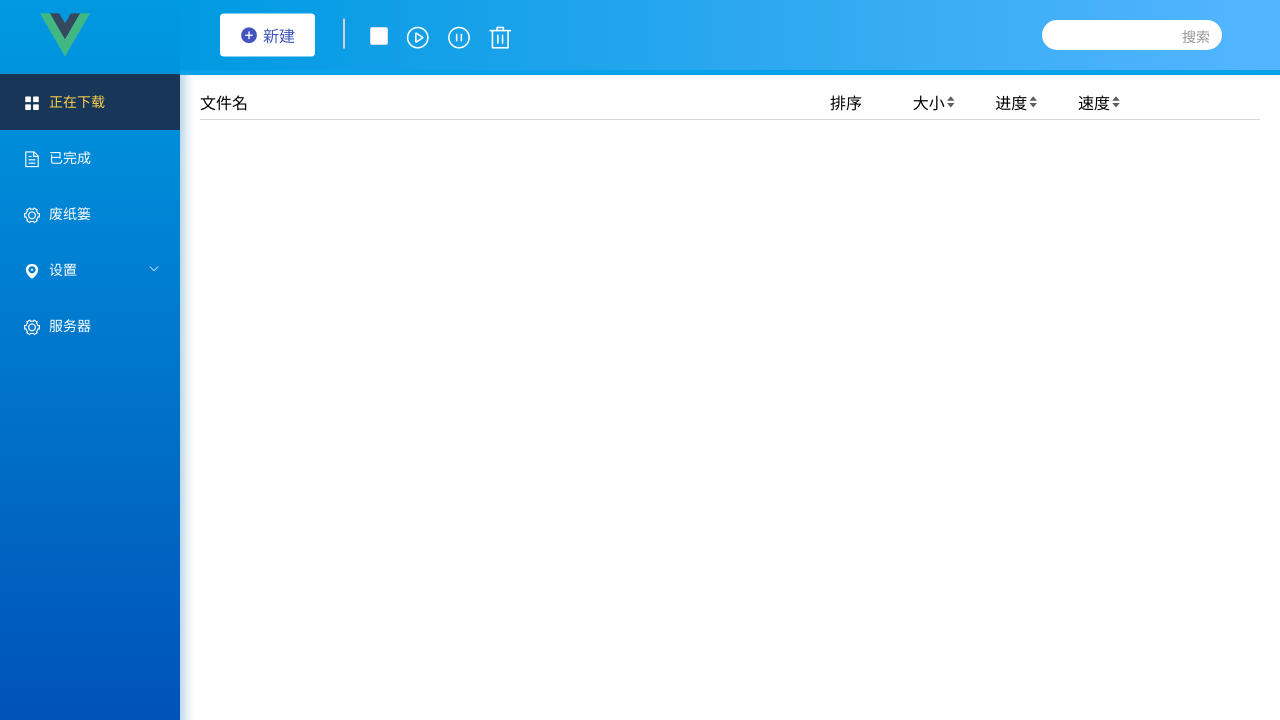
Repository: Ahui-qn/Aria2
Page: /
An editor plug-in stored every save of this project. The page is shown before and after the next save, followed by the edit.
The browser window is 1280 px wide. The pictures show the whole page.
The page's requests for data from a server got no answer. The project was rebuilt for these pictures with package versions that can differ from the ones it lists, and the page was loaded fresh each time. No one was signed in, and anything a server would have sent is missing. Also part of the build but not shown: src/components/Tables.vue.

Above is the page before, as saved 2021-11-03 11:28:34.

### src/main.js
import Vue from "vue";
import App from "./App.vue";
import router from "./router";
import store from "./store";
import Aria2Client from "./aria2-client.js"
import ElementUI from 'element-ui'
import 'element-ui/lib/theme-chalk/index.css'
import './assets/global.css'

Vue.use(ElementUI)


Vue.config.productionTip = false;

window.aria3 = new Aria2Client({
                    host: 'localhost',
                    port: 6800,
                    secret: '123456',
                })


new Vue({
  router,
  store,
  render: (h) => h(App),
}).$mount("#app");

### src/App.vue
<style lang="less" scopen>
* {
    margin: 0;
    padding: 0;
    box-sizing: border-box;
}
#app {
    display: flex;
    height: 100%;
     .el {
         height: 100%;
        .outmost-menu {
            border: none;
            width: 180px;
            height: 100%;
            box-shadow:5px 10px 10px 0px #0069994c;
            background-image:linear-gradient(#009ae1, #0052b9);
            padding-top: 10px;
            i {
                color: white;
            }
            .frist {
                margin-top: 14px;
            }
            img {
                display: block;
                width: 50px;
                margin-left: 40px;
            }
            .el-submenu {
                .el-menu {
                    background-color: #1c66ab;
                    .el-menu-item {
                        min-width: 0;
                    }
                    .el-menu-item:focus {   // 设置分组里focus颜色
                        background-color: #173658;
                    }
                    .el-menu-item-group__title {
                        display: none;
                    }
                }
            }
            .is-active {       //设置分组外层的focus颜色
                background-color: #173658;
            }
            .el-menu-item:hover {
                background-color: #173658;
            }

            .el-submenu__title:hover {
                background-color: #173658;
            }
        }
    }
    header {
        flex-grow: 1;
        nav {
            height: 70px;
            width: 100%;
            background-image:linear-gradient(to right, #009ae1, #54b5ff);
            position: relative;
            box-shadow:#09a2e9 0px 5px 0px 0px;
            .edit-status {
                height: 100%;
                padding-left:20px;
                .new {
                    margin-left: 20px;
                    background-color: #fff;
                    position: absolute;
                    color: #4355bd;
                    top: 50%;
                    transform: translateY(-50%);
                    border: none;
                    font-size: 16px;
                    a {
                        text-decoration:none;
                        color: #4355bd;
                    }
                    i {
                        font-size: 18px;
                    }
                }
                .new::after {
                    content: '';
                    height: 30px;
                    width: 2px;
                    background-color: rgb(210, 210, 210);
                    position: absolute;
                    top: 5px;
                    right: -30px;
                }
                .el-button-group::before {
                    content: none;
                }
                .el-button-group {
                    display: flex;
                    justify-content: space-between;
                    align-items: center;
                    padding: 0;
                    height: 50px;
                    width: 160px;
                    position: absolute;
                    left: 190px;
                    top:53%;
                    transform: translateY(-50%);
                    .el-checkbox__inner{
                        width: 18px;
                        height: 18px;
                    }
                    .el-checkbox__inner::after{
                        width: 7px;
                        height: 13px;
                        transform:rotate(42deg) scaleY(1) translate(-1px,-2px);
                    }

                    .el-button--primary {
                        border:none
                    }
                    .el-button{
                        background-color: rgba(255, 127, 80, 0);
                        border-radius: 0;
                        padding: 0;
                        i {
                            font-size: 25px;
                        }
                    }
                }
                label.search {
                    position: absolute;
                    top: 50%;
                    right: 50px;
                    transform: translateY(-50%);
                    span {
                        color: rgb(150, 150, 150);
                        position: absolute;
                        top: 6px;
                        right: 20px;
                        font-weight: 200;
                        font-size: 14px;
                    }
                    input {
                        width: 180px;
                        height: 30px;
                        border-radius: 999px;
                        border: none;
                        margin-right: 8px;
                        padding: 0 10px;
                    }
                }
            }
        }
    }
}
</style>

<template>
    <div id="app">
        <div class="el">
            <el-menu class="outmost-menu" text-color="#fff" active-text-color="#ffd04b" :router="true" :default-active="currentPath()">
                <img class="" src="./assets/logo.png" alt="" />
                <el-menu-item class="frist" index="/">
                    <i class="el-icon-menu"></i>
                    <span slot="title">正在下载</span>
                </el-menu-item>
                <el-menu-item index="/completed">
                    <i class="el-icon-document"></i>
                    <span slot="title">已完成</span>
                </el-menu-item>
                <el-menu-item index="/deleted">
                    <i class="el-icon-setting"></i>
                    <span slot="title">废纸篓</span>
                </el-menu-item>
                <el-submenu index="/settings">
                    <template slot="title">
                        <i class="el-icon-location"></i>
                        <span>设置</span>
                    </template>
                    <el-menu-item-group>
                        <el-menu-item index="/settings/basic">基础设置</el-menu-item>
                        <el-menu-item index="/settings/http">HTTP设置</el-menu-item>
                        <el-menu-item index="/settings/rpc">RPC设置</el-menu-item>
                        <el-menu-item index="/settings/advanced">高级设置</el-menu-item>
                    </el-menu-item-group>
                </el-submenu>
                <el-menu-item index="/server">
                    <i class="el-icon-setting"></i>
                    <span slot="title">服务器</span>
                </el-menu-item>
            </el-menu>
        </div>
        <header>
            <nav>
                <div class="edit-status">
                    <router-link to="/new">
                        <el-button type="primary" class="new" icon="el-icon-circle-plus">新建</el-button>
                    </router-link>
                    <el-button-group>
                        <el-checkbox @change="selectAll"></el-checkbox>   <!--全选按钮 ,拿取到当前组件的内容传递过去-->
                        <el-button type="primary" icon="el-icon-video-play" @click.native="editStatus('unpause')"></el-button>  <!--开始按钮-->
                        <el-button type="primary" icon="el-icon-video-pause" @click.native="editStatus('pause')"></el-button>  <!--暂停按钮-->
                        <el-button type="primary" icon="el-icon-delete" @click.native="editStatus('remove')"></el-button>   <!--删除按钮-->
                    </el-button-group>
                    <label class="search"><input type="text" /><span>搜索</span></label>
                </div>
            </nav>
            <router-view ></router-view>
        </header>
    </div>
</template>

<script>
import { mapMutations, mapActions } from 'vuex'

export default {
    name: 'App',
    data() {
        return {}
    },
    methods: {
         ...mapActions([
            'editStatus',
            ]),
        ...mapMutations([
            'selectAll',
            ]),
        currentPath() {
            return /\/\w*\/?/.exec(location.hash)[0]
        },
    },
}
</script>

### src/router/index.js
import Vue from 'vue'
import VueRouter from 'vue-router'
import Downloading from '../views/Downloading'

Vue.use(VueRouter)

const routes = [
    {
        path: '/',
        name: 'Downloading',
        component: Downloading,
    },
    {
        path: '/completed',
        name: 'Completed',
        component: () => import(/* webpackChunkName: "Completed" */ '../views/Completed.vue'),
    },
    {
        path: '/deleted',
        name: 'Deleted',
        component: () => import(/* webpackChunkName: "Deleted" */ '../views/Deleted.vue'),
    },
    {
        path: '/new',
        name: 'new',
        component: () => import(/* webpackChunkName: "newTask" */ '../views/NewTask.vue'),
    },
    {
        path: '/task/:gid',
        name: 'TaskDetails',
        component: () => import(/* webpackChunkName: "TaskDetails" */ '../views/TaskDetails.vue'),
    },
    {
        path: '/settings/:type',
        component: () => import(/* webpackChunkName: "setting" */ '../views/Setting.vue'),
    },

]

const router = new VueRouter({
    routes,
})

export default router

### src/store/index.js
import Vue from 'vue'
import Vuex from 'vuex'
import Aria2Client from '../aria2-client'
import { MessageBox } from 'element-ui';

Vue.use(Vuex)

export default new Vuex.Store({
    // strict: true,
    state: {
        tasks: [],    //正在下载任务列表，为多个对象
        search: '',   // 搜索功能输入的内容
        completeds: [],   // 已完成的task数据
        selected: [],
        aria2: new Aria2Client({
            host: 'localhost',
            port: 6800,
            secret: '123456',
        }),
    },
    getters: {
        showSearch(state) {   // 输入的内容匹配文件名字，搜索
            if (state.search == '') {
                return state.tasks
            }else {
                return state.tasks.filter(task => {
                    return task.files[0].path.toLowerCase().includes(state.search.toLowerCase())
                })
            }
        },
        getFileSize(state) {
            return function (task) {
                if (task.totalLength  > 1048576) {
                    return (task.totalLength / 1024 / 1024).toFixed(2) + ' MB'
                }else {
                    return (task.totalLength / 1024).toFixed(2) + ' KB'
                }
            }

        },
        getDownloadSpeed(state) {   // 当前下载速度
            return function (task) {
                if (task.status == 'paused') {
                    return '暂停中'
                }else if (task.status == 'waiting') {
                    return '等待中'
                }else  if (task.downloadSpeed == '0') {
                    return 0 + 'KB/s'
                }else if (task.downloadSpeed >= 1048576) {
                    return (task.downloadSpeed / 1024 / 1024).toFixed(2) + 'MB/s'
                }else {
                    return (task.downloadSpeed / 1024 ).toFixed(2) + 'KB/s'
                }

            }
        },
        getLinkName(state) {
            return function (task) {
                if (task.files?.[0].path) {  // 如果存在此文件
                    return task.files[0].path.split('/').at(-1) // path存在是一定有文件名的
                }else {
                    return task.files?.[0].uris?.[0].uri.split('/').at(-1) ?? '未知'
                }
            }
        },
        getProgress(state) {   // 当前下载进度，%显示
            return function (task) {
                if (task.completedLength == '0') {  // ???/等于000
                    return 0
                }else {
                    return Number((task.completedLength / task.totalLength * 100).toFixed(1))
                }
            }
        },
    },

    mutations: {
        selectedSwitch(state,task) {  // 切换选中selectedSwitch
                let idx = state.selected.indexOf(task.gid)
                if (idx == -1) {
                    state.selected.push(task.gid)  // 只传id
                }else {
                    state.selected.splice(idx, 1)
                }
        },
        selectAll (state) {    // 全部选择函数
            if (location.href.split('/').at(-1) == 'completed') { // 如果是在已完成页面
                if (state.selected.length == state.completeds.length) {
                    state.selected = []
                }else {
                    state.completeds.forEach((task) => {
                        state.selected.push(task.gid)
                    })
                }
            }else {  // 如果是在正在下载页面
                if (state.selected.length == state.tasks.length) {
                    state.selected = []  // 如果两个全都选中则清空数组
                }else {
                    state.tasks.forEach((task) => {
                        state.selected.push(task.gid)
                    })
                }
            }

        },
        handleSearchChange(state,e) {   // 搜索双向绑定
            state.search = e.target.value
        },
        updateList(state, tasks) {   // actions触发的task更新赋值函数
            state.tasks = tasks
        },
        editCompleteds(state, completeds) {
            state.completeds = completeds    // 将获取到的completeds赋值到新的completeds上
        }
    },

    actions: {
        async getCompletedName({commit,state}) {
            let completeds = [
                ...await state.aria2.tellStopped(0,1000)
            ]
            commit('editCompleteds', completeds)
        },
        async submit({state}, url) {
            await state.aria2.addUri([url])
       },
        async asyncUpdateList({ commit, state}) {     // Downloading组件页面每秒钟调用此函数更新数据
            let tasks = [
                ...await state.aria2.tellActive(),
                ...await state.aria2.tellWaiting(0,100)
            ]
            commit('updateList', tasks)
        },

        async editStatus({ state }, status) {   // 操作task删除、暂停、开始的操作
            if (status == 'remove') {
                try {
                   await MessageBox.confirm('确定删除？')   // element组件库的函数，返回一个promise
                }catch(e) {
                    return
                }
            }
            let selectedTask =  state.tasks.filter((task) => {
                return state.selected.includes(task.gid)
            })

            try {
                for (let task of selectedTask) {
                    if (task.status == 'active' && status == 'unpause') continue
                    if (task.status == 'pause' && status == 'pause') continue  // 如果不是这两个就是remove
                    await state.aria2[status](task.gid)   // 关与暂停、开始、删除操作都是传入gid
                    // 已删除的任务状态为removed，可以做已完成和已删除分类
            }
            } catch(e) {
                console.log('用element消息通知提示用户已暂停')
            }
            this.dispatch('asyncUpdateList')    // 调用上面的update更新状态
        },
    },

    modules: {},
})

### src/aria2-client.js
class Aria2Client {
    constructor(options) {
        this.options = options
        this.ws = new WebSocket(`ws://${options.host}:${options.port}/jsonrpc`)

        this.lastId = 1
        this.callbacks = {}  // 存储每个每次函数调用的回调函数

        this.connectPromise = new Promise((resolve, reject) => {  // 要么websocket处于连接成功状态，要么处于连接失败状态，正在连接中的话执行下面的forEach会报错
            this.ws.addEventListener('open', () => {
              resolve()
            })
            this.ws.addEventListener('error', (e) => {
              reject('WS_CONNECTION_ERROR')
            })
          })

        this.ws.addEventListener('message', (e) => {
            let data = JSON.parse(e.data)
            let callback = this.callbacks[data.id]  // 无论data是error还是result都带着此次会话id
            delete this.callbacks[data.id]
            if (typeof callback == 'function') {
                callback(data)
            }
        })
    }
}


   ;[
    "addUri",
    "addTorrent",
    "getPeers",
    "addMetalink",
    "remove",
    "pause",
    "forcePause",
    "pauseAll",
    "forcePauseAll",
    "unpause",
    "unpauseAll",
    "forceRemove",
    "changePosition",
    "tellStatus",
    "getUris",
    "getFiles",
    "getServers",
    "tellActive",
    "tellWaiting",
    "tellStopped",
    "getOption",
    "changeUri",
    "changeOption",
    "getGlobalOption",
    "changeGlobalOption",
    "purgeDownloadResult",
    "removeDownloadResult",
    "getVersion",
    "getSessionInfo",
    "shutdown",
    "forceShutdown",
    "getGlobalStat",
    "saveSession"
    ].forEach(methodName => {
        Aria2Client.prototype[methodName] = function (...args) {  // ...args为每个函数的 『 第一个参数之后 』的每个参数
            return this.connectPromise.then(() => {   //

                return new Promise((resolve, reject) => {
                    let id = this.lastId++
                    this.callbacks[id] = function (data) {  //ws.message事件触发调用callback说明data收到
                        if (data.error) {  // 如果data放回的是一个error说明出错
                            reject(data.error)
                        }else {
                            resolve(data.result)    //拿到结果，promise状态确定
                        }
                    }
                    this.ws.send(JSON.stringify({
                        jsonrpc : '2.0',
                        id : id,
                        method: 'aria2.' + methodName,
                        params: [`token:${this.options.secret}`, ...args]
                    }))
                })

            })
        }
    })




    export default Aria2Client

### src/assets/global.css
html, body {
    height: 100%;
    width: 100%;
}

### src/views/Downloading.vue
<style scoped lang="less">
</style>

<template>
    <div id="dowloading">
        <Header :isShowSpeed="true"/>
        <Tables
            v-for="(task) of showSearch"
            @click.native="selectedSwitch(task)"
            :key="task.gid"
            :filename="getLinkName(task)"
            :filesize="getFileSize(task)"
            :progress="getProgress(task)"
            :speed="getDownloadSpeed(task)"
            :selected="selected"
            :task="task"
        />
    </div>
</template>

<script>

import { mapState , mapMutations, mapGetters,  mapActions} from "vuex"
import Header from '../components/Header.vue'
import Tables from  "../components/Tables.vue"
export default {
    name:'downloading',
    data() {
        return {}
    },
    components: {
        Tables,
        Header,
    },
    mounted() {
        this.$store.dispatch('asyncUpdateList')
        this.IntervalId = setInterval(() => {
            this.$store.dispatch('asyncUpdateList')
        },1000)
    },

    beforeDestroy() {
        clearInterval(this.IntervalId)
    },
    computed : {
        ...mapState(['selected']),
        ...mapGetters([
            'showSearch',
            'getLinkName',
            'getProgress',
            'getDownloadSpeed',
            'getFileSize'
            ]),
    },
    methods :{
        ...mapActions(['editStatus']),
        ...mapMutations([   // 函数作用注释在store里
            'selectedSwitch',
            'selectAll',
            'updateList',
            'handleSearchChange',
            ]),
    },
}
</script>

### src/components/Header.vue
<style scoped lang="less">
    .classify {
        margin: 20px;
        font-size: 16px;
        position: relative;
        height: 30px;
        border-bottom: 1px rgba(198, 198, 198, 0.715) solid;
        div.container {
            float: right;
            margin-right:150px ;
            display: flex;
            width: 280px;
            justify-content: space-between;
            div {
                position: relative;
                i {
                    position: absolute;
                    font-size: 12px;
                    color: rgb(94, 94, 94);
                }
                i:nth-of-type(1) {
                    top: 3px;
                }
                i:nth-of-type(2) {
                    top: 9px;
                }
            }
        }
}
</style>
<template>
    <div>
        <header class="classify">
            <span>文件名</span>
            <div class="container">
                <p>排序</p>
                <div>
                    <span>大小</span>
                    <i class="el-icon-caret-top"></i>
                    <i class="el-icon-caret-bottom"></i>
                </div>
                <div>
                    <span>进度</span>
                    <i class="el-icon-caret-top"></i>
                    <i class="el-icon-caret-bottom"></i>
                </div>
                <div v-show="isShowSpeed">
                    <span>速度</span>
                     <i class="el-icon-caret-top"></i>
                     <i class="el-icon-caret-bottom"></i>
                </div>
            </div>
        </header>
    </div>
</template>
<script>
export default {
    name: 'Header',
    props: {
        isShowSpeed: {
            type: Boolean,
            required: false,
            default: true
        }
    }
}
</script>

Loaded but not shown: public/index.html (common file)

After the next save:
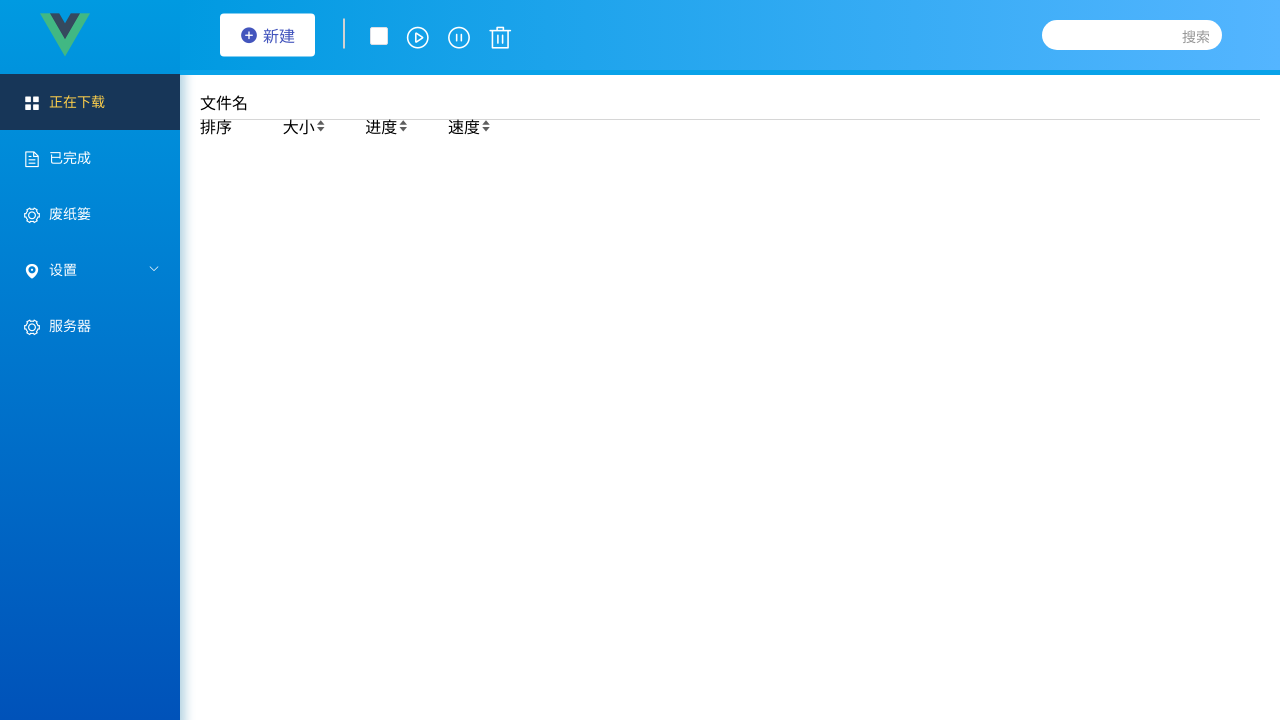
Saved 22 s later.
--- a/src/components/Header.vue
+++ b/src/components/Header.vue
@@ -7,7 +7,7 @@
         border-bottom: 1px rgba(198, 198, 198, 0.715) solid;
         div.container {
             float: right;
-            margin-right:150px ;
+            position: absolute;
             display: flex;
             width: 280px;
             justify-content: space-between;
